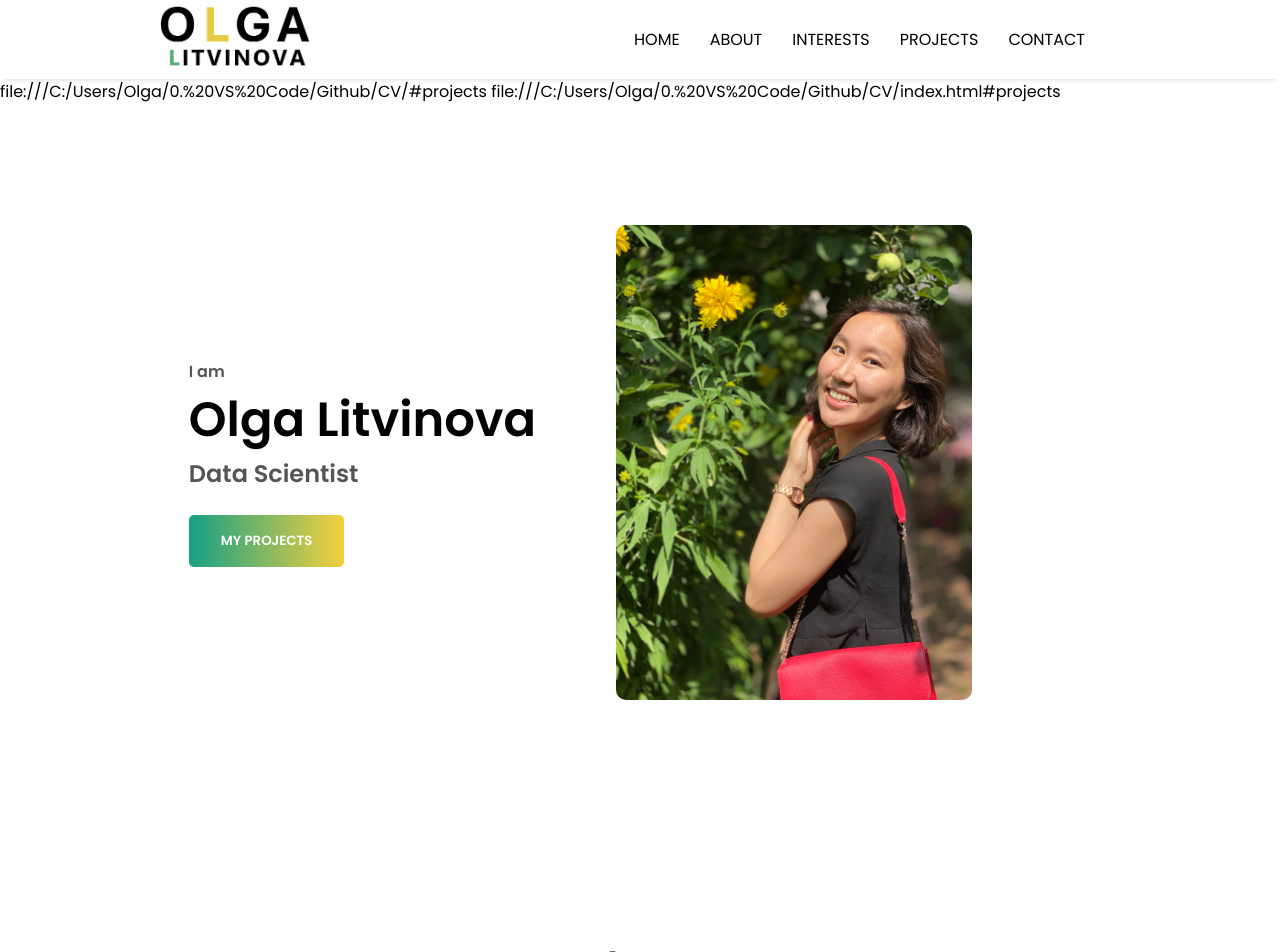
Repository: OlgaKuzminichna/CV
Page: index.html
An editor plug-in stored every save of this project. The page is shown before and after a run of saves, followed by the edit.
The browser window is 1280 px wide. The pictures show the part of the page from y = 0 to 952 px (the page is 4201 px tall before and 4176 px after).
A picture or video elsewhere on the page could not be fetched, so the positions and the page height are approximate.

Above is the page before, as saved 2024-11-24 21:29:00.

After the next 2 saves:
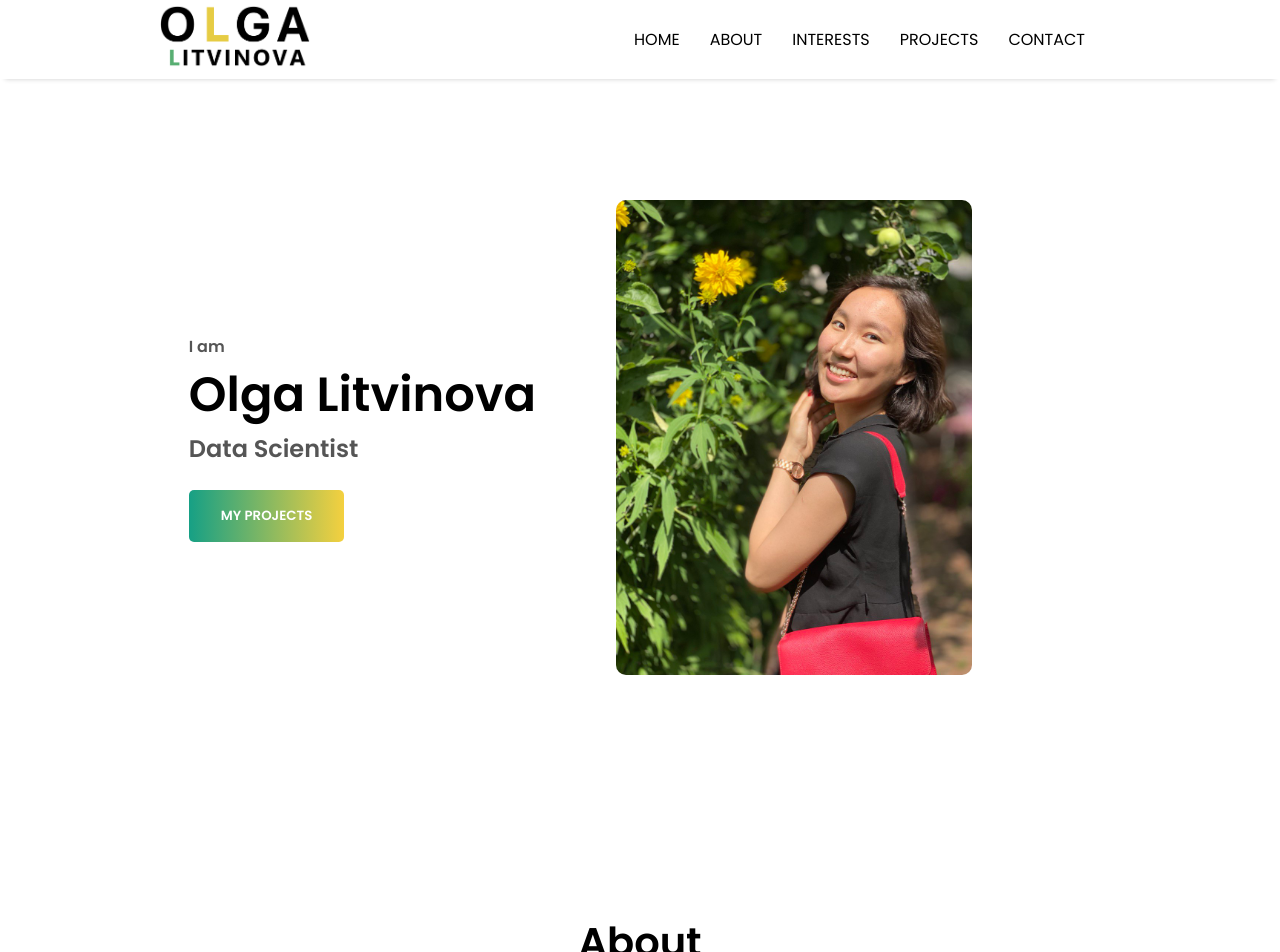
The 2 saves are shown as one change because they came seconds apart.
The last was saved 20 s later.
--- a/index.html
+++ b/index.html
@@ -48,8 +48,7 @@
             </div>
         </nav>
     </header>
-    file:///C:/Users/Olga/0.%20VS%20Code/Github/CV/#projects
-    file:///C:/Users/Olga/0.%20VS%20Code/Github/CV/index.html#projects
+
     <main>
         <section id="home">
             <div class="intro-left">
@@ -57,7 +56,7 @@
                 <h1 class="primary-title">Olga Litvinova</h1>
                 <p class="intro-role">Data Scientist</p>
                 <div class="button-group">
-                    <button class="main-btn" onclick="location.href='./#projects'">
+                    <button class="main-btn" onclick="location.href='./index.html#projects'">
                         MY PROJECTS
                     </button>
                 </div>
